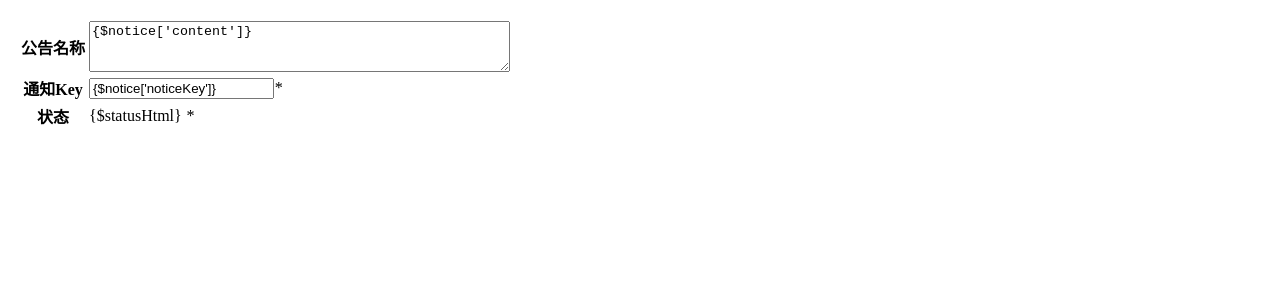
Repository: pridewu/hipi
Page: Education_dev_platform/branches/v1/Application/System/View/v1/Notice/edit.html
An editor plug-in stored every save of this project. The page is shown before and after the next save, followed by the edit.
The browser window is 1280 px wide. The pictures show the whole page.

Above is the page before, as saved 2014-12-08 02:19:38.

### Education_dev_platform/branches/v1/Application/System/View/v1/Notice/edit.html
<form id="edit_form" method="post" style="padding:10px">
<table class="editTable">

	<tr>
		<th>公告名称</th>
		<td>
			<input type="hidden" id="id" name="id" value="{$notice['id']}"/>
			<textarea name="content" id="description" cols="50" rows="3">{$notice['content']}</textarea>
		</td>
	</tr>

	<tr>
		<th>通知Key</th>
		<td>
			<input type="text" id="noticeKey" name="noticeKey" value="{$notice['noticeKey']}"/><em>*</em>
		</td>
	</tr>

	<tr><th>状态</th><td>{$statusHtml} <em>*</em></td></tr>
</table>
</form>

After the next save:
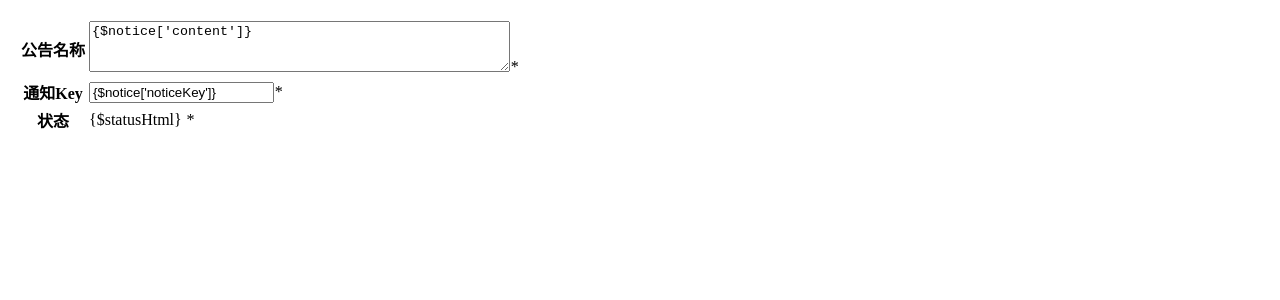
Saved 69 s later.
--- a/Education_dev_platform/branches/v1/Application/System/View/v1/Notice/edit.html
+++ b/Education_dev_platform/branches/v1/Application/System/View/v1/Notice/edit.html
@@ -5,7 +5,7 @@
 		<th>公告名称</th>
 		<td>
 			<input type="hidden" id="id" name="id" value="{$notice['id']}"/>
-			<textarea name="content" id="description" cols="50" rows="3">{$notice['content']}</textarea>
+			<textarea name="content" id="description" cols="50" rows="3">{$notice['content']}</textarea><em>*</em>
 		</td>
 	</tr>
 
